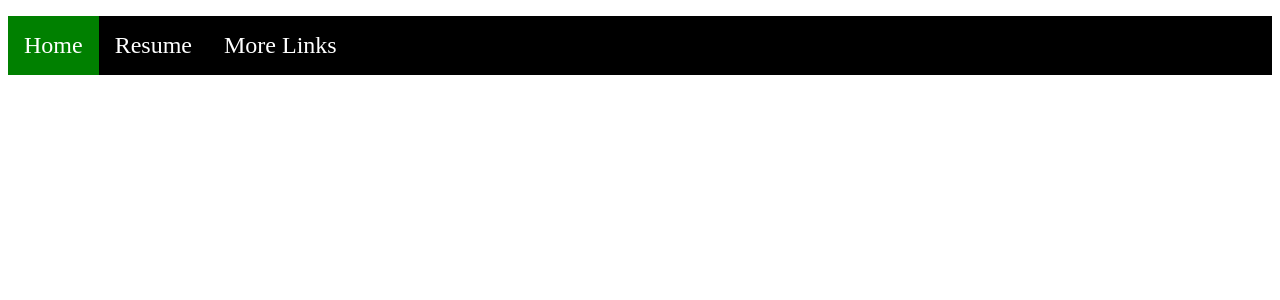
Repository: Luis6969/Luis6969.github.io
Page: resume.html
The author's editor kept a record of every edit. The page is drawn from the files as they stood at one moment, then again after the next edit.
The browser window is 1280 px wide. The pictures show the whole page.
The pointer rests on the first visible `.navbar li`.

Above is the page before.

### resume.html
<!DOCTYPE html>
<html>
  <head>
  <title>Home</title>
  <style>

    .navbar{
      list-style: none;
      background-color: black;
      overflow: hidden;
      padding: 0;
    }

    .navbar a, .dropdown div{
      text-decoration: none;
      color: white;
      font-size: 24px;
      padding: 16px;
      display: inline-block;
    }
    .navbar li{
      float: left;
    }

    .navbar li:hover{
      background-color: green
    }

    .dropdown-content{
      list-style: none;
      padding: 0;
      display: none;
    }

    .dropdown-content li{
      float:none;
    }

    .dropdown:hover .dropdown-content{
      display: block;
    }

  </style>

  </head>
  <body>
    <ul class="navbar">
      <li><a href="/html">Home</a></li>
      <li><a href="resume">Resume</a></li>
      <li class = "dropdown">
        <div>More Links</div>
        <ul class="dropdown-content">
          <li><a href="#">Project 1</a></li>
          <li><a href="#">Project 2</a></li>
          <li><a href="#">Project 3</a></li>
        </ul>
      </li>

    </ul>


  </body>
</html>

After the next edit:
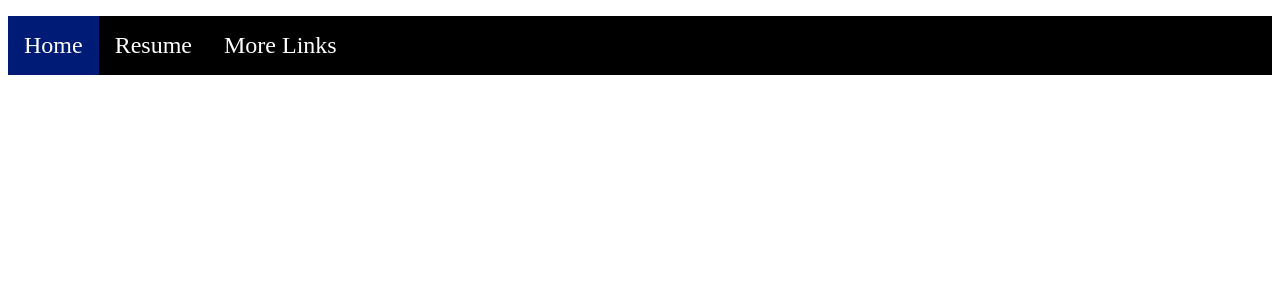
The edit:
--- a/resume.html
+++ b/resume.html
@@ -23,7 +23,7 @@
     }
 
     .navbar li:hover{
-      background-color: green
+      background-color: #001b75
     }
 
     .dropdown-content{
